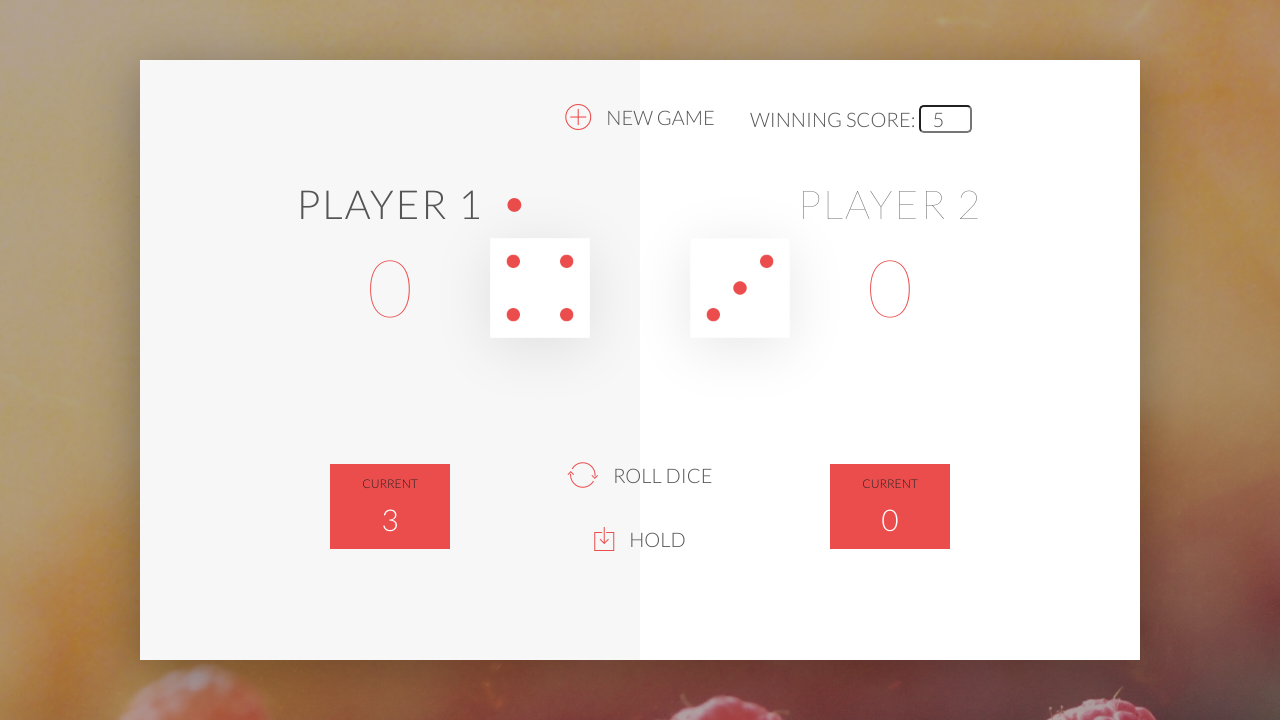
Repository: hexanek/hexanek.github.io
Page: pig-game/index.html
The author's editor kept a copy of each file at every save. The page is drawn from the files as they stood at one save, then again after the next save.
The browser window is 1280 px wide. The pictures show the whole page.
Empty fields were first filled with sample values (such as "Sample", 5 or name@example.com).
After loading, the first visible `button.btn-roll` was clicked once.

Above is the page before, as saved 2019-12-19 23:22:44.

After the next save:
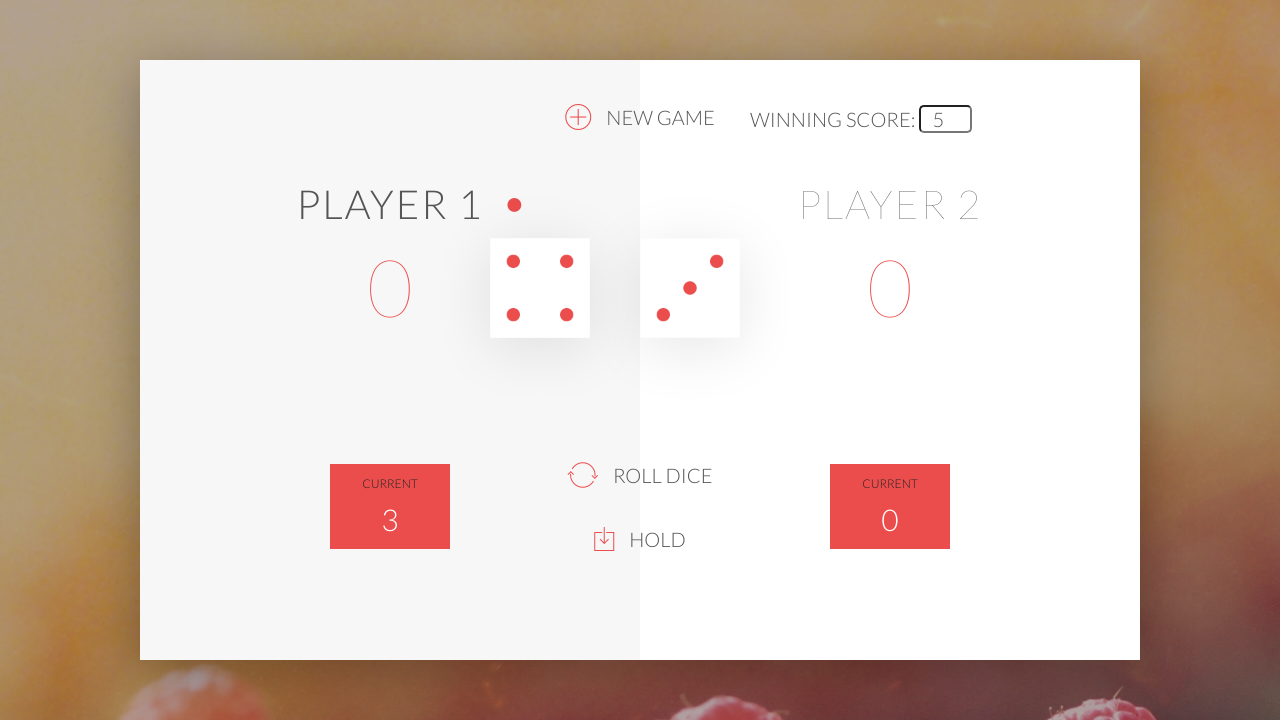
Saved 14 s later.
--- a/pig-game/style.css
+++ b/pig-game/style.css
@@ -196,7 +196,7 @@ i {
 
 .dice {
     position: absolute;
-    left: 60%;
+    left: 55%;
     top: 178px;
     transform: translateX(-50%);
     height: 100px;
